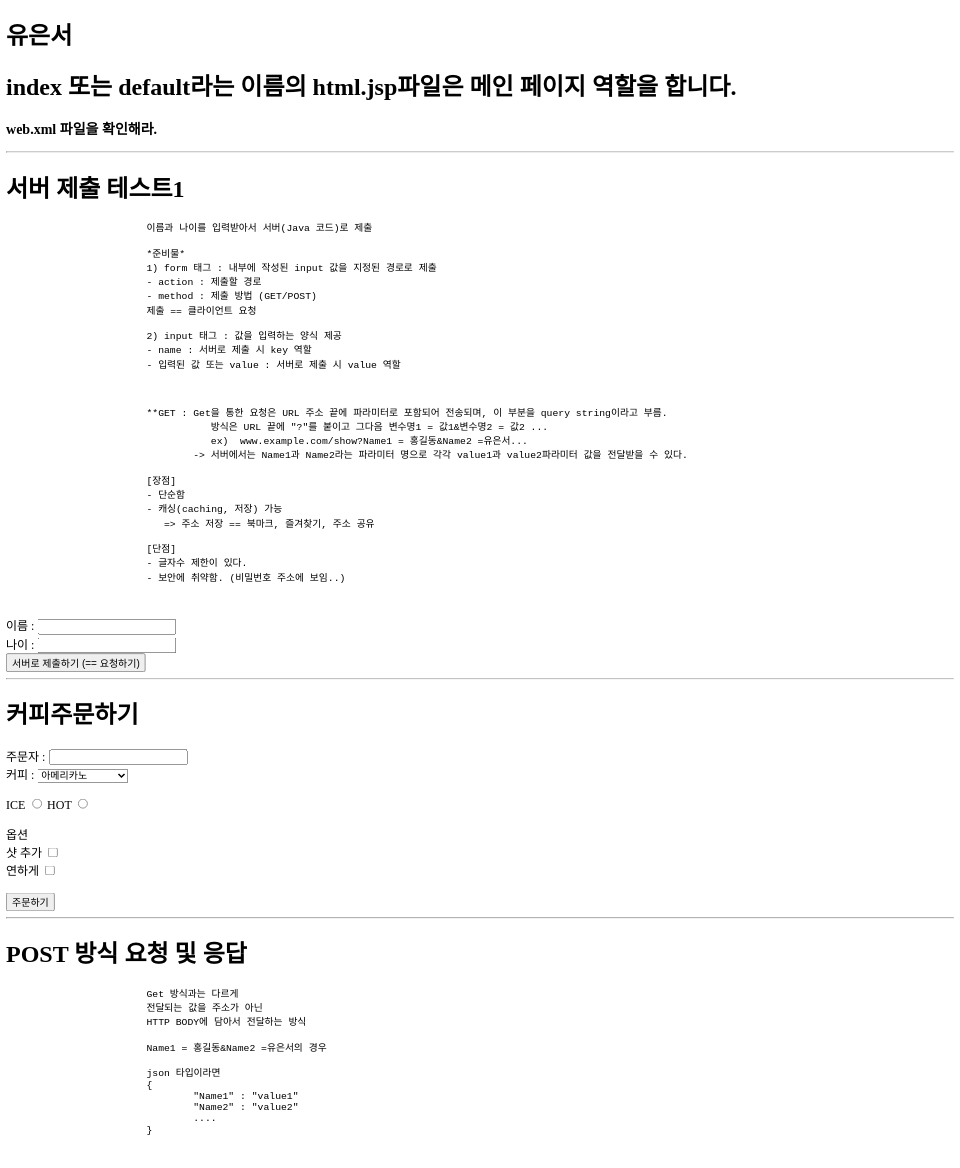
Repository: vegayes/06_Server
Page: ServletProject/src/main/webapp/index.html
These files come from the project's save history. The page is drawn as it stood at one moment and after the next save; the edit follows.
The browser window is 1280 px wide. The pictures show the whole page, at 75% of full size.

Above is the page before, as saved 2023-09-15 03:03:33.

After the next save:
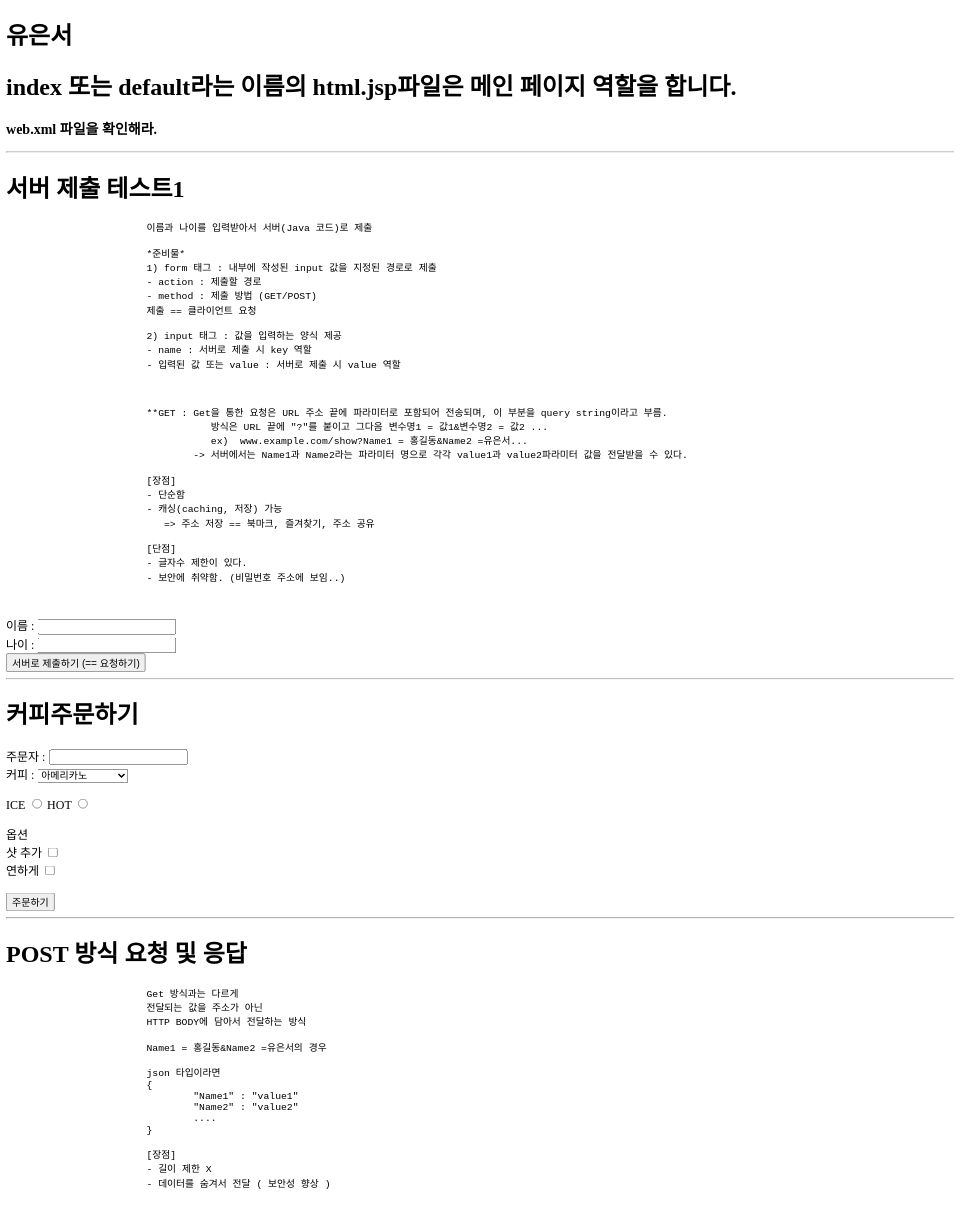
Saved 17 s later.
--- a/ServletProject/src/main/webapp/index.html
+++ b/ServletProject/src/main/webapp/index.html
@@ -102,6 +102,10 @@
 				....
 			}
 
+			[장점]
+			- 길이 제한 X
+			- 데이터를 숨겨서 전달 ( 보안성 향상 )
+
 		</pre>
 
 
